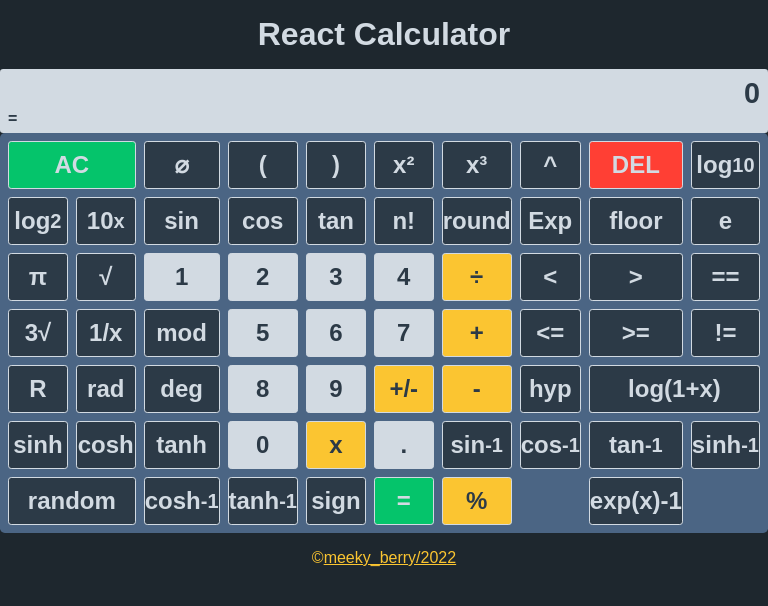
Repository: MikkyPrestige/calculator
Page: /
An editor plug-in stored every save of this project. The page is shown before and after the next save, followed by the edit.
The browser window is 768 px wide. The pictures show the whole page.
The project was rebuilt for these pictures with package versions that can differ from the ones it lists, and the page was loaded fresh each time.

Above is the page before, as saved 2022-11-18 05:31:05.

After the next save:
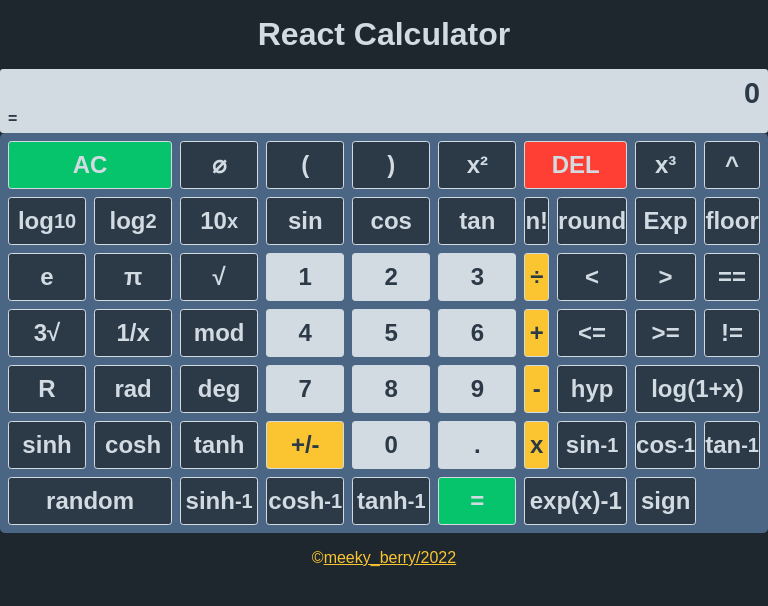
Saved 52 s later.
--- a/src/index.css
+++ b/src/index.css
@@ -326,6 +326,6 @@ body {
 
 @media screen and (max-width: 900px) {
 .operators {
-  grid-template-columns: repeat(8, 1fr);
-}
-}
+  grid-template-columns: repeat(6, 1fr);
+}
+}
